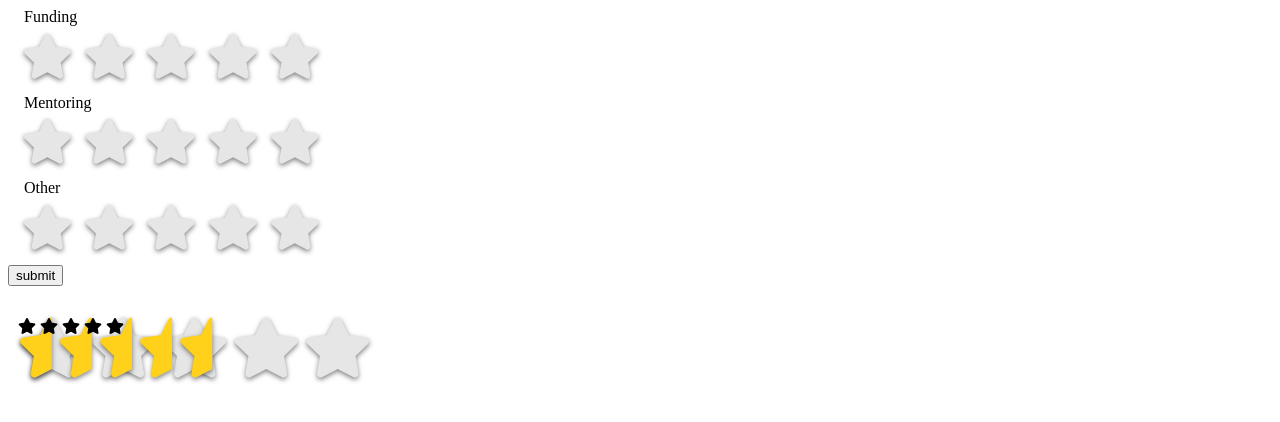
Repository: samalty/star-rating-system-js-test
Page: star3.html
The author's editor kept a record of every edit. The page is drawn from the files as they stood at one moment, then again after the next edit.
The browser window is 1280 px wide. The pictures show the whole page.
Some web libraries are served in a nearby version.

Above is the page before.

### star3.html
    <head>
        <meta charset="utf-8">
        <title>Home</title>
        <link rel="stylesheet" href="styles2.css">
        <link href="https://stackpath.bootstrapcdn.com/font-awesome/4.7.0/css/font-awesome.min.css" rel="stylesheet" integrity="sha384-wvfXpqpZZVQGK6TAh5PVlGOfQNHSoD2xbE+QkPxCAFlNEevoEH3Sl0sibVcOQVnN" crossorigin="anonymous">
        <link rel="stylesheet" href="https://use.fontawesome.com/releases/v5.6.3/css/all.css" integrity="sha384-UHRtZLI+pbxtHCWp1t77Bi1L4ZtiqrqD80Kn4Z8NTSRyMA2Fd33n5dQ8lWUE00s/" crossorigin="anonymous">
        <!--<script src="custom.js" charset="utf-8"></script>-->
        <script src="https://cdnjs.cloudflare.com/ajax/libs/jquery/3.4.1/jquery.min.js"></script>
        <style>
            .disappear{
                display: none;
            }
        </style>
    </head>
    <body>
        <div class="container">
            <form name="stars" class="starsForm" onsubmit="return ratings()">
                <fieldset class="fieldset">
                    <legend>Funding</legend>
                    <input type="radio" name="fundingStar" id="fstar1" class="starRadio" value="1">
                    <label for="fstar1" class="stars">
                        <i class="fa fa-star" aria-hidden="true"></i>
                    </label>
                    <input type="radio" name="fundingStar" id="fstar2" class="starRadio" value="2">
                    <label for="fstar2" class="stars">
                        <i class="fa fa-star" aria-hidden="true"></i>
                    </label>
                    <input type="radio" name="fundingStar" id="fstar3" class="starRadio" value="3">
                    <label for="fstar3" class="stars">
                        <i class="fa fa-star" aria-hidden="true"></i>
                    </label>
                    <input type="radio" name="fundingStar" id="fstar4" class="starRadio" value="4">
                    <label for="fstar4" class="stars">
                        <i class="fa fa-star" aria-hidden="true"></i>
                    </label>
                    <input type="radio" name="fundingStar" id="fstar5" class="starRadio" value="5">
                    <label for="fstar5" class="stars">
                        <i class="fa fa-star" aria-hidden="true"></i>
                    </label>
                </fieldset>
                <fieldset class="fieldset">
                    <legend>Mentoring</legend>
                    <input type="radio" name="mentoringStar" id="mstar1" class="starRadio" value="1">
                    <label for="mstar1" class="stars">
                        <i class="fa fa-star" aria-hidden="true"></i>
                    </label>
                    <input type="radio" name="mentoringStar" id="mstar2" class="starRadio" value="2">
                    <label for="mstar2" class="stars">
                        <i class="fa fa-star" aria-hidden="true"></i>
                    </label>
                    <input type="radio" name="mentoringStar" id="mstar3" class="starRadio" value="3">
                    <label for="mstar3" class="stars">
                        <i class="fa fa-star" aria-hidden="true"></i>
                    </label>
                    <input type="radio" name="mentoringStar" id="mstar4" class="starRadio" value="4">
                    <label for="mstar4" class="stars">
                        <i class="fa fa-star" aria-hidden="true"></i>
                    </label>
                    <input type="radio" name="mentoringStar" id="mstar5" class="starRadio" value="5">
                    <label for="mstar5" class="stars">
                        <i class="fa fa-star" aria-hidden="true"></i>
                    </label>
                </fieldset>
                <fieldset class="fieldset">
                    <legend>Other</legend>
                    <input type="radio" name="otherStar" id="ostar1" class="starRadio" value="1">
                    <label for="ostar1" class="stars">
                        <i class="fa fa-star" aria-hidden="true"></i>
                    </label>
                    <input type="radio" name="otherStar" id="ostar2" class="starRadio" value="2">
                    <label for="ostar2" class="stars">
                        <i class="fa fa-star" aria-hidden="true"></i>
                    </label>
                    <input type="radio" name="otherStar" id="ostar3" class="starRadio" value="3">
                    <label for="ostar3" class="stars">
                        <i class="fa fa-star" aria-hidden="true"></i>
                    </label>
                    <input type="radio" name="otherStar" id="ostar4" class="starRadio" value="4">
                    <label for="ostar4" class="stars">
                        <i class="fa fa-star" aria-hidden="true"></i>
                    </label>
                    <input type="radio" name="otherStar" id="ostar5" class="starRadio" value="5">
                    <label for="ostar5" class="stars">
                        <i class="fa fa-star" aria-hidden="true"></i>
                    </label>
                </fieldset>
                <input type="submit" class="submit" value="submit">
            </form>
        </div>
        <div class="emptyStars">
            <i class="fa fa-star" id="emptyStar1"></i>
            <i class="fa fa-star" id="emptyStar2"></i>
            <i class="fa fa-star" id="emptyStar3"></i>
            <i class="fa fa-star" id="emptyStar4"></i>
            <i class="fa fa-star" id="emptyStar5"></i>
        </div>
        <div class="halfStars">
            <i class="fas fa-star-half" id="halfStar1"></i>
            <i class="fas fa-star-half" id="halfStar2"></i>
            <i class="fas fa-star-half" id="halfStar3"></i>
            <i class="fas fa-star-half" id="halfStar4"></i>
            <i class="fas fa-star-half" id="halfStar5"></i>
        </div>
        <div class="fullStars">
            <i class="fa fa-star" id="fullStar1"></i>
            <i class="fa fa-star" id="fullStar2"></i>
            <i class="fa fa-star" id="fullStar3"></i>
            <i class="fa fa-star" id="fullStar4"></i>
            <i class="fa fa-star" id="fullStar5"></i>
        </div>
    </body>
    <script type="text/javascript">
        $(document).ready(function(){
            $(".stars").click(function(){
                $(this).css("color", "#ffd11a");
                $(this).prevAll("label").css("color", "#ffd11a")
                $(this).nextAll("label").css("color", "#e6e6e6");
            });
        });

        const star5 = document.getElementById('fullStar5');
        const star4 = document.getElementById('fullStar4');
        const star3 = document.getElementById('fullStar3');
        const star2 = document.getElementById('fullStar2');
        const half5 = document.getElementById('halfStar5');
        const half4 = document.getElementById('halfStar4');
        const half3 = document.getElementById('halfStar3');
        const half2 = document.getElementById('halfStar2');

        function ratings(){

            var x = document.forms["stars"]["fundingStar"].value;
            var y = document.forms["stars"]["mentoringStar"].value;
            var z = document.forms["stars"]["otherStar"].value;
            var o = ((x + y + z) / 3);
            console.log(o);

            console.log("You have given X a rating of " + x + " for funding.");
            console.log("You have given X a rating of " + y + " for mentoring.");
            console.log("You have given X a rating of " + z + " for other.");

            if (o < 3.25) {
                console.log("o is less that 3.25");
                document.getElementById('halfStar4').classList.add('disappear');
            } else if (o < 3.75) {
                console.log("o is less that 3.75");
                document.getElementById('fullStar4').classList.add('disappear');
            } else if (o < 4.25) {
                console.log("o is less that 4.25");
                document.getElementById('halfStar5').classList.add('disappear');
            } else if (o < 4.75) {
                console.log("o is less that 4.75");
                document.getElementById('fullStar5').classList.add('disappear');
            }
        }
    </script>
</html>

### styles2.css
.container{
    height: 300px;
}

.starsForm{
    position: absolute;
    display: flexbox;
}
/*
.fundingStarContainer{
    display: flex;
    margin: 0;
    border: 1px solid black;
}
*/
.starRadio{
    display: none;
}
.starsForm label{
    display: flexbox;
    cursor: pointer;
    width: 50px;
    position: relative;
    font-size: 45px;
    color: #e6e6e6;
    text-shadow: 0 2px 5px rgba(0,0,0,.5);
}
.fieldset{
    width: 100%;
    display: flexbox;
    border: none;
}

.emptyStars,
.fullStars,
.halfStars{
    position: absolute;
    padding: 10px;
    height: 100px;
}

#emptyStar1,
#emptyStar2,
#emptyStar3,
#emptyStar4,
#emptyStar5{
    color: #e6e6e6;
    font-size: 60px;
    text-shadow: 0 2px 5px rgba(0,0,0,.5);
}
#halfStar1,
#halfStar2,
#halfStar3,
#halfStar4,
#halfStar5{
    font-size: 60px;
    color: #ffd11a;
    text-shadow: 0 2px 5px rgba(0,0,0,.5);
}
.light{
    color: #ffd11a;
}

After the next edit:
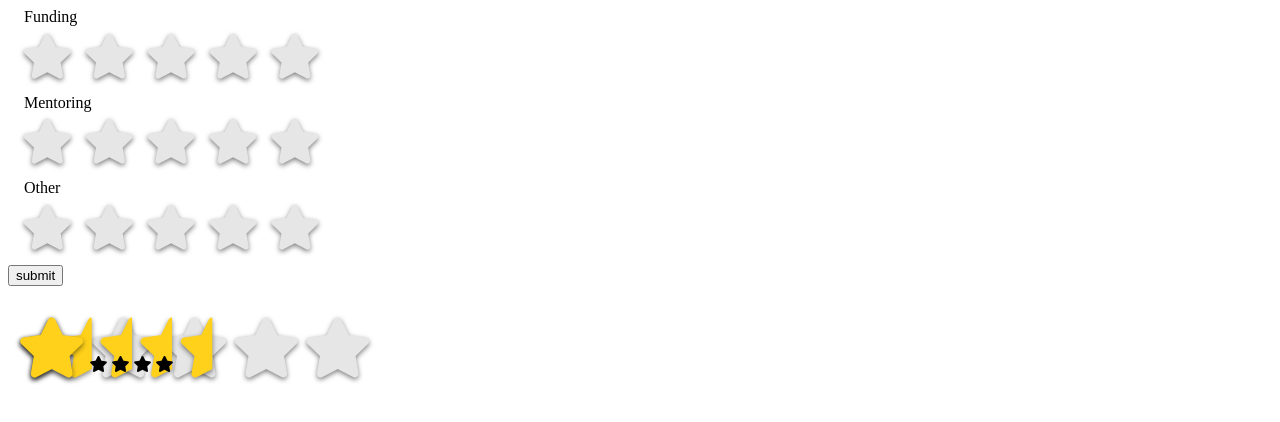
The edit:
--- a/styles2.css
+++ b/styles2.css
@@ -57,6 +57,15 @@
     color: #ffd11a;
     text-shadow: 0 2px 5px rgba(0,0,0,.5);
 }
+#fullStar1,
+#halfStar2,
+#halfStar3,
+#halfStar4,
+#halfStar5{
+    font-size: 60px;
+    color: #ffd11a;
+    text-shadow: 0 2px 5px rgba(0,0,0,.5);
+}
 .light{
     color: #ffd11a;
 }
